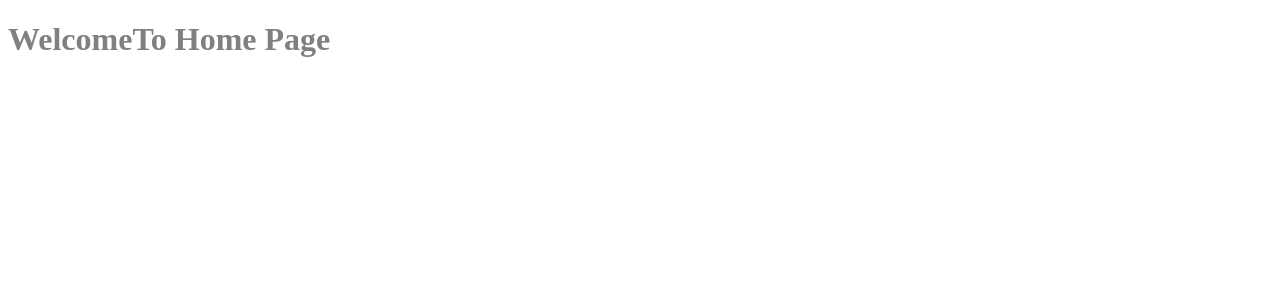
Repository: Ritesh1194/FellowshipApp
Page: http://localhost/MyLoginRegistrationProject/welcome.jsp
An editor plug-in stored every save of this project. The page is shown before and after the next save, followed by the edit.
The browser window is 1280 px wide. The pictures show the whole page.
The page is served by Tomcat 9. Nobody is signed in. The application's start-up code is not run.

Above is the page before, as saved 2019-12-27 09:51:48.

After the next save:
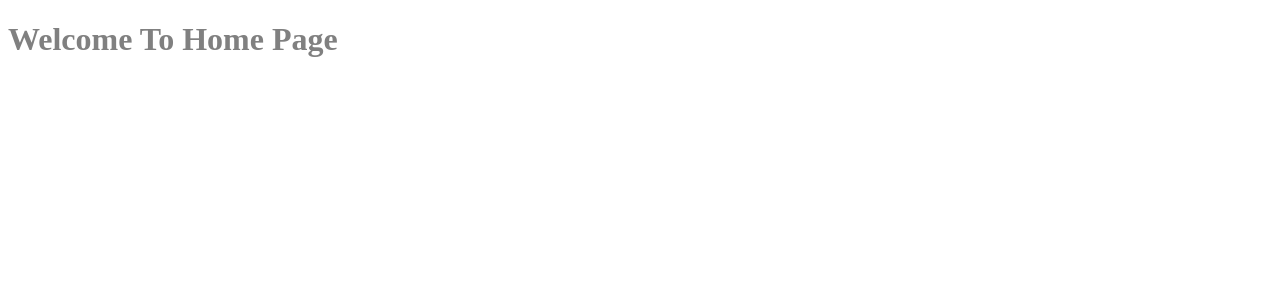
Saved 8 s later.
--- a/MyLoginRegistrationProject/WebContent/welcome.jsp
+++ b/MyLoginRegistrationProject/WebContent/welcome.jsp
@@ -8,6 +8,6 @@
 </head>
 <body style="color: #808080">
 	<%-- <h1>${message}!!!WelcomeTo Home Page</h1> --%>
-	<h1>WelcomeTo Home Page</h1>
+	<h1>Welcome To Home Page</h1>
 </body>
 </html>
